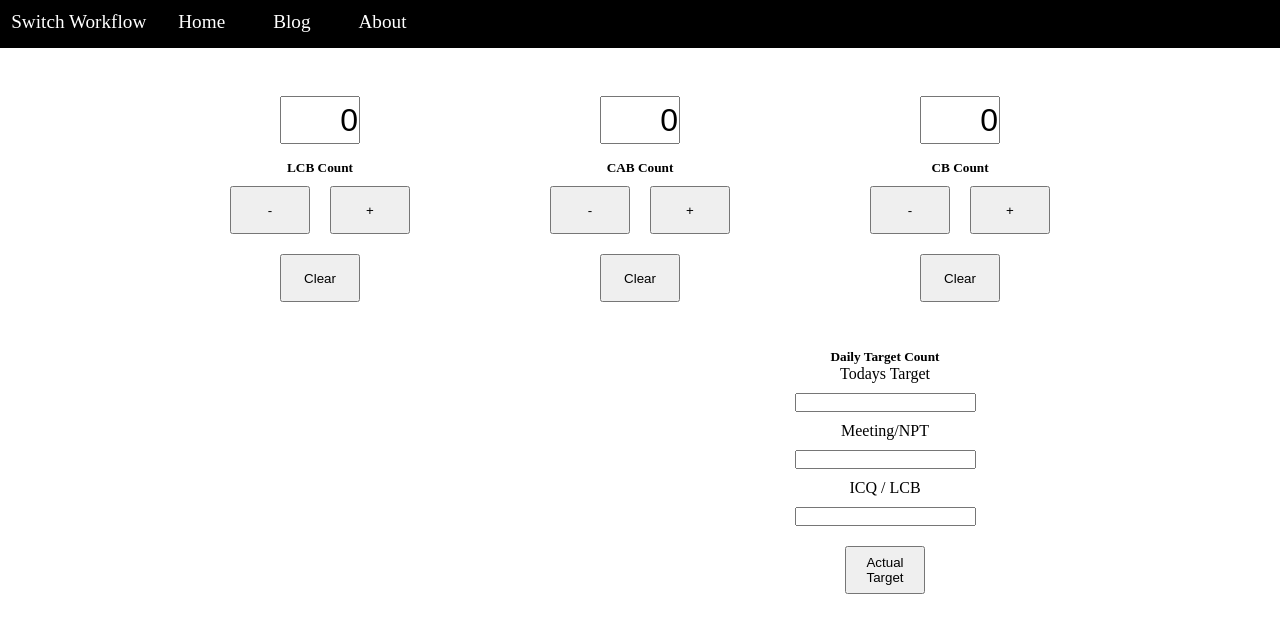
Repository: suraj-yadav7/SwitchWorkflow-Count-reactjs
Page: /
An editor plug-in stored every save of this project. The page is shown before and after the next save, followed by the edit.
The browser window is 1280 px wide. The pictures show the whole page.
The project was rebuilt for these pictures with package versions that can differ from the ones it lists, and the page was loaded fresh each time.

Above is the page before, as saved 2023-04-18 21:59:56.

### src/App.js
import './App.css';
import DailyTarget from './Components/DailyTarget';
import TitleCount from './Components/TitleCount';

function App() {
  return (
    <>
    <TitleCount />
    <DailyTarget />
    </>
  );
}

export default App;

### src/App.css
*{
  margin: 0;
  padding: 0;
  box-sizing: border-box;
}

button{
  width: 5rem;
  margin: 10px;
  height: 3rem;
}
li,a{
  list-style: none;
}
/* Nav bar */
nav{
  width: 100%;
  height: 3rem;
  display: flex;
  padding: 0.7rem;
  background-color: black;
  color: white;
  font: 400 1.2rem san-serif;
}
nav > ul{
  display: flex;
  gap: 3rem;
  margin-left: 2rem;
}

.container1{
  display:flex ;
  justify-content: center;
  align-items: center;
  gap: 2rem;
  padding: 2rem;
}

.card-body{
  text-align: center;
}

.card >input{
  width: 5rem;
  height: 3rem;
  font-size: 2rem;
  text-align: right;
  margin:1rem  6.5rem;
}

/* Daily Target style */
.dailyTarget{
  align-items: center;
  display: flex;
  justify-content: center;
}
.card2{
}
.textType{
  display: flex;
  flex-direction: column;
  width: 20rem;
  margin: 5px 10px 20px 500px;
  align-items: center;
  justify-content: center;
}
.textType >input{
  margin: 10px;
}

### src/Components/DailyTarget.jsx
import React from 'react'

const DailyTarget = () => {
    return (
        <>
            <div className='dailyTarget'>
                <div class="card card2" >
                    <div class="card-body textType">
                        <h5 class="card-title">Daily Target Count</h5>
                        <span>Todays Target</span><input type='text' name="todaysTarget" />
                        <span>Meeting/NPT</span><input type='text' name="npt" />
                        <span>ICQ / LCB</span><input type='text' name="icq" />
                        <button >Actual Target</button>
                    </div>
                </div>

            </div>
        </>
    )
}

export default DailyTarget

### src/Components/TitleCount.jsx
import React from 'react'
import { useState, useEffect } from 'react'
const TitleCount = () => {

    const [lcbCount, setLcbCount] = useState(parseInt(localStorage.getItem("lcbKey")) || 0)
    const [cbCount, setcbCount] = useState(parseInt(localStorage.getItem("cbKey")) || 0)
    const [cabCount, setCabCount] = useState(parseInt(localStorage.getItem("cabKey")) || 0)

    useEffect(()=>{
        localStorage.setItem("lcbKey", lcbCount)
        localStorage.setItem("cbKey", cbCount)
        localStorage.setItem("cabKey", cabCount)
    },[lcbCount,cbCount,cabCount])

    return (
        <>
        <nav>
            <span>Switch Workflow</span>
                <ul>
                    <li>Home</li>
                    <li>Blog</li>
                    <li>About</li>
                </ul>
        </nav>
            <div className="container1">
                <div class="card" style={{width: "18rem"}}>
                    <input type='text' name="lcbCount" value={lcbCount}/>
                    <div class="card-body">
                        <h5 class="card-title">LCB Count</h5>
                        <button onClick={()=>setLcbCount(val => (lcbCount>0 ? val-1: 0))}>-</button>
                        <button onClick={()=>setLcbCount(val => val+1)}>+</button>
                        <button onClick={()=>setLcbCount(0)}>Clear</button>
                    </div>
                </div>
                <div class="card" style={{width: "18rem"}}>
                    <input type='text' name="cabCount" value={cabCount}/>
                    <div class="card-body">
                        <h5 class="card-title">CAB Count</h5>
                        <button onClick={()=>setCabCount(val => (cabCount>0 ? val-1: 0))}>-</button>
                        <button onClick={()=>setCabCount(val => val+1)}>+</button>
                        <button onClick={()=>setCabCount(0)}>Clear</button>
                    </div>
                </div>
                <div class="card" style={{width: "18rem"}}>
                    <input type='text' name="cbCount" value={cbCount}/>
                    <div class="card-body">
                        <h5 class="card-title">CB Count</h5>
                        <button onClick={()=>setcbCount(val => (cbCount>0 ? val-1: 0))}>-</button>
                        <button onClick={()=>setcbCount(val => val+1)}>+</button>
                        <button onClick={()=>setcbCount(0)}>Clear</button>
                    </div>
                </div>
            </div>

        </>
    )
}

export default TitleCount

Loaded but not shown: src/index.js (common file)

After the next save:
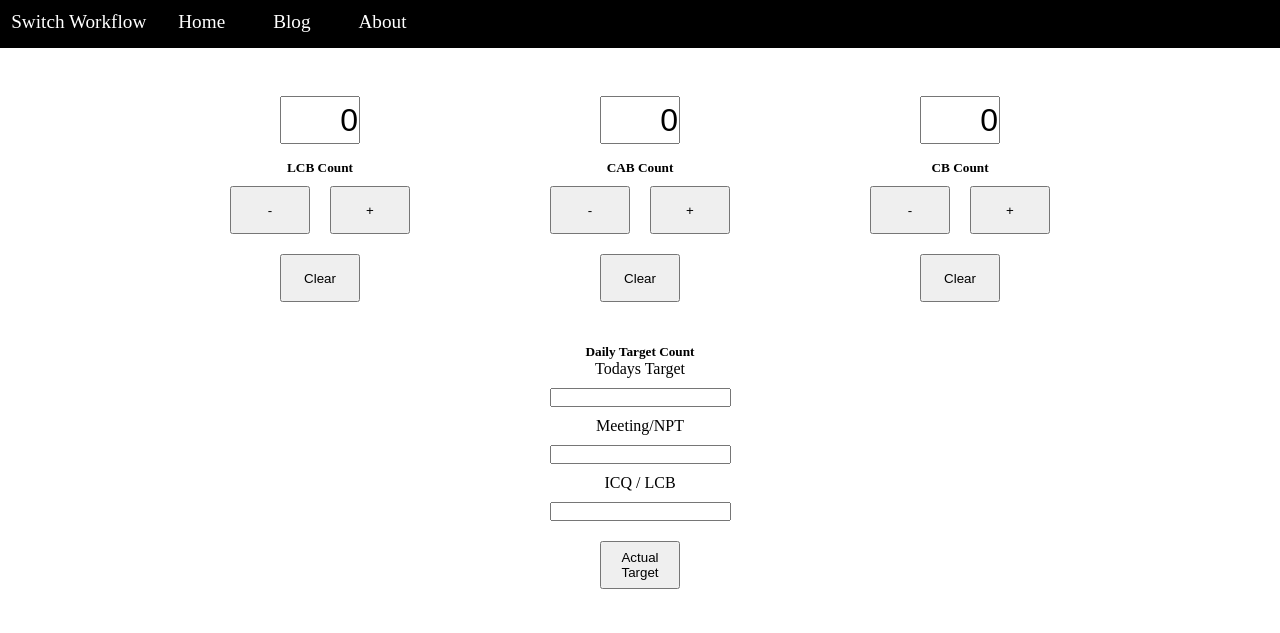
Saved 9 s later.
--- a/src/App.css
+++ b/src/App.css
@@ -60,7 +60,6 @@ nav > ul{
   display: flex;
   flex-direction: column;
   width: 20rem;
-  margin: 5px 10px 20px 500px;
   align-items: center;
   justify-content: center;
 }
